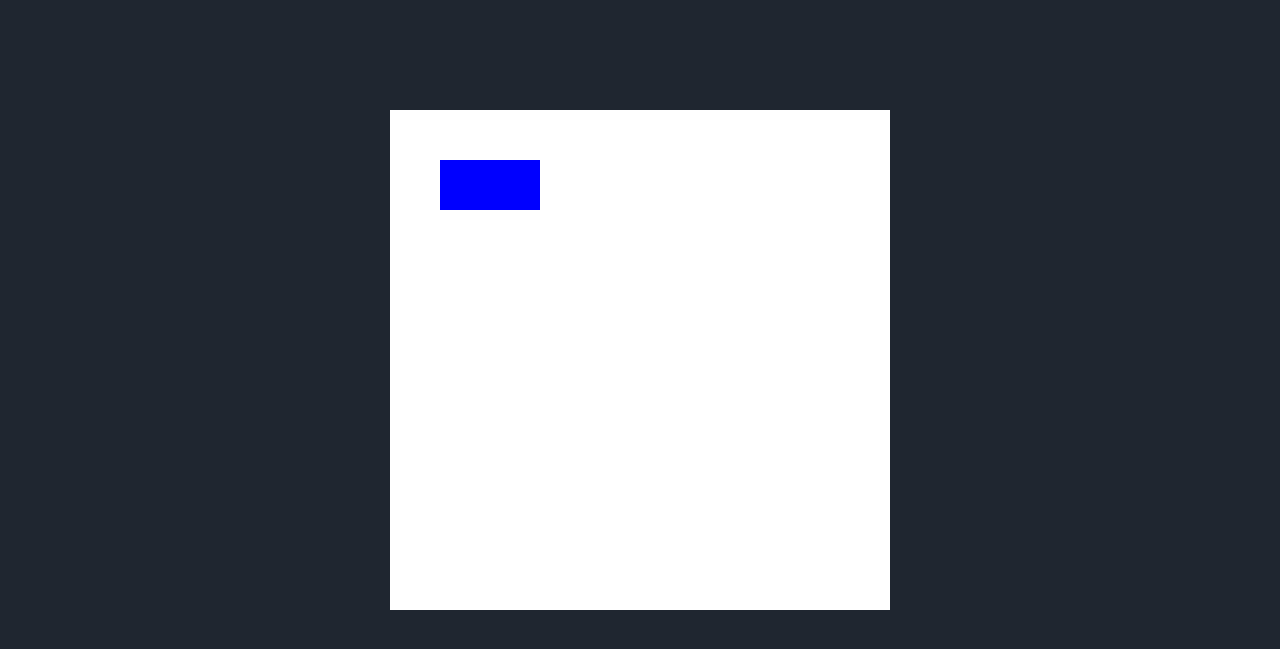
Repository: thecodeholic/cst-javascript-course
Page: /
The author's editor kept a copy of each file at every save. The page is drawn from the files as they stood at one save, then again after the next save.
The browser window is 1280 px wide. The pictures show the whole page.
The project was rebuilt for these pictures with package versions that can differ from the ones it lists, and the page was loaded fresh each time.

Above is the page before, as saved 2020-11-25 10:35:06.

After the next save:
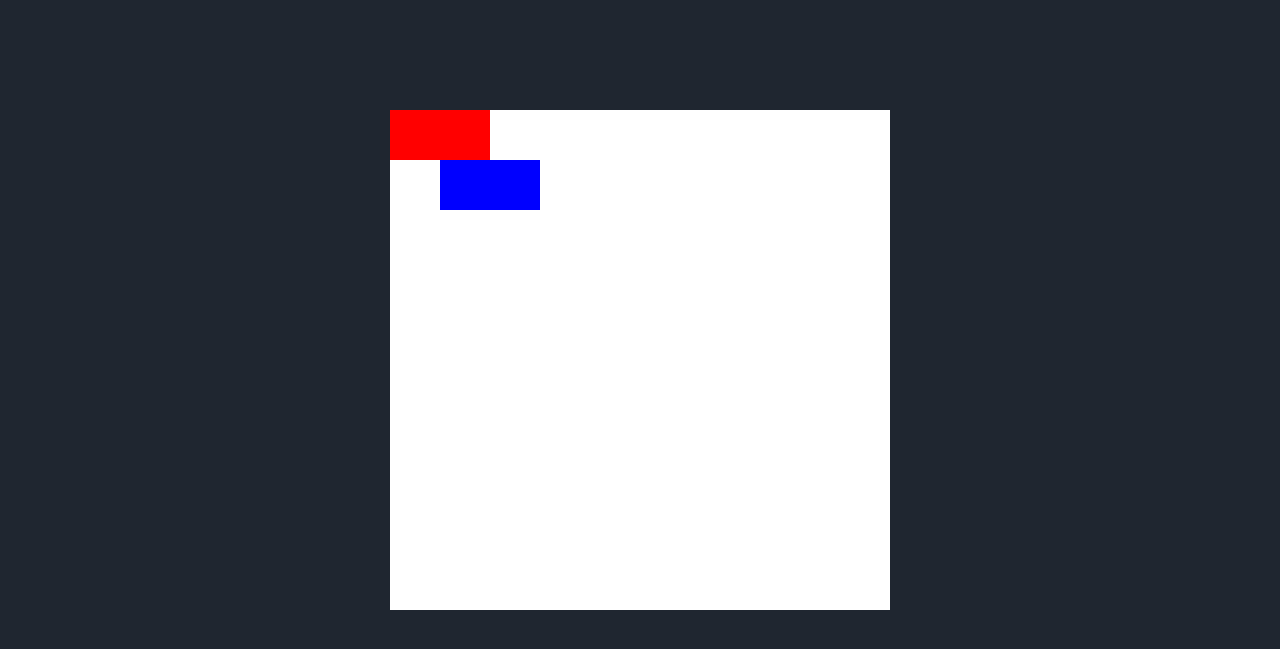
Saved 4 s later.
--- a/app.js
+++ b/app.js
@@ -16,7 +16,7 @@ ctx.fillStyle = 'blue';
 ctx.fillRect(50, 50, 100, 50);
 
 // ctx.translate(100, 100)
-ctx.rotate(2)
+// ctx.rotate(2)
 ctx.fillStyle = 'red';
 ctx.fillRect(0, 0, 100, 50);
 
